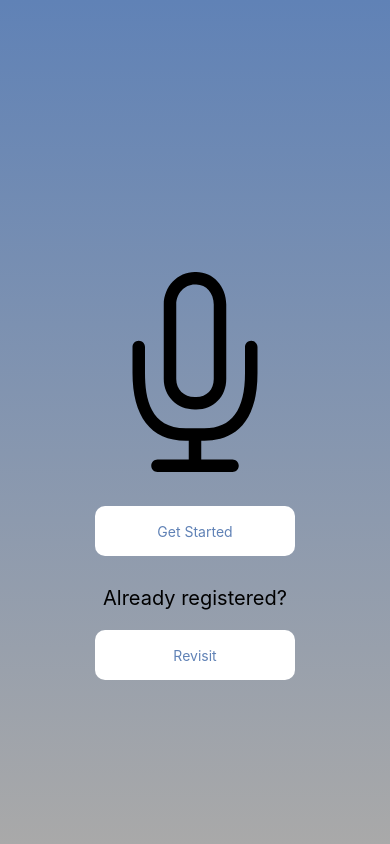
Repository: mortiestmorty1/recordings-app
Screen: / (app in frontend/)
The author's editor kept a copy of each file at every save. The screen is drawn from the files as they stood at one save, then again after the next save.
The app was drawn by React Native's web renderer in a window 390 px wide. The project was rebuilt for these pictures with package versions that can differ from the ones it lists, and the page was loaded fresh each time. Also part of the build but not shown: frontend/components/registerUser.js.

Above is the screen before, as saved 2024-03-07 23:03:53.

After the next save:
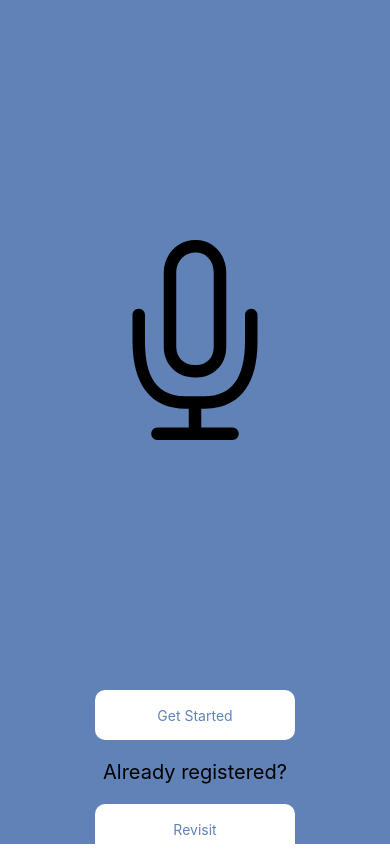
Saved 5 min 45 s later.
--- a/frontend/components/firstscreen.js
+++ b/frontend/components/firstscreen.js
@@ -1,16 +1,10 @@
 import React from 'react';
-import { View, StyleSheet, Text, TouchableOpacity } from 'react-native';
+import { View, Text, StyleSheet, TouchableOpacity } from 'react-native';
 import { Svg, Path } from 'react-native-svg';
-import { LinearGradient } from 'react-native-linear-gradient';
 
 const FirstScreen = () => {
   return (
-    <LinearGradient
-      // Colors of the gradient
-      colors={['#6082B6', '#A9A9A9']}
-      // Style using your existing container styles but without backgroundColor
-      style={styles.container}
-    >
+    <View style={styles.container}>
       <Svg style={styles.logo} fill="#000000" width="200" height="200" viewBox="0 0 1024 1024">
         <Path d="M510.88 704h7.6C607.44 704 672 638.4 672 548.032V166.624C672 73.184 604.56 0 518.466 0h-7.584C423.264 0 352 74.752 352 166.624v381.408C352 636.944 420.304 704 510.88 704zM416 166.624C416 110.032 458.56 64 510.88 64h7.6C569.504 64 608 108.128 608 166.624v381.408C608 603.024 572.032 640 518.464 640h-7.584c-55.872 0-94.88-37.808-94.88-91.968zM800 352c-17.68 0-32 14.336-32 32v133.072c0 190.4-67.968 282.929-207.744 282.929H465.12c-182.8 0-209.12-153.84-209.12-282.928V384.001c0-17.664-14.336-32-32-32s-32 14.336-32 32v133.072c0 220.496 91.888 346.928 273.12 346.928H480v96H320c-17.664 0-32 14.336-32 32s14.336 32 32 32h384c17.664 0 32-14.336 32-32s-14.336-32-32-32H544v-96h16.256C684.224 864.001 832 803.809 832 517.072V384c0-17.664-14.32-32-32-32z" />
       </Svg>
@@ -23,7 +17,7 @@ const FirstScreen = () => {
           <Text style={styles.btnText}>Revisit</Text>
         </TouchableOpacity>
       </View>
-    </LinearGradient>
+    </View>
   );
 };
 
@@ -34,18 +28,21 @@ const styles = StyleSheet.create({
     height: '100%',
     justifyContent: 'center',
     alignItems: 'center',
+    backgroundColor: '#6082B6',
   },
   logo: {
-    marginBottom: 100, // Adjust the position of the logo as needed
+    width: 200,
+    height: 200,
+    bottom: 100, // Changed from bottom to marginBottom for better layout control
   },
   text: {
     fontSize: 20,
     margin: 20,
   },
   content: {
-    position: 'absolute', // Use absolute positioning to align content
-    top: '60%', // Adjust based on content size
+    justifyContent: 'center',
     alignItems: 'center',
+    top: 250, // Changed from top to marginTop for better layout control
   },
   btn1: {
     width: 200,
@@ -54,10 +51,9 @@ const styles = StyleSheet.create({
     borderRadius: 10,
     justifyContent: 'center',
     alignItems: 'center',
-    marginBottom: 10, // Space between buttons
   },
   btnText: {
-    color: '#6082B6',
+    color: '#6082B6', // Style for the text inside TouchableOpacity
   },
 });
 
